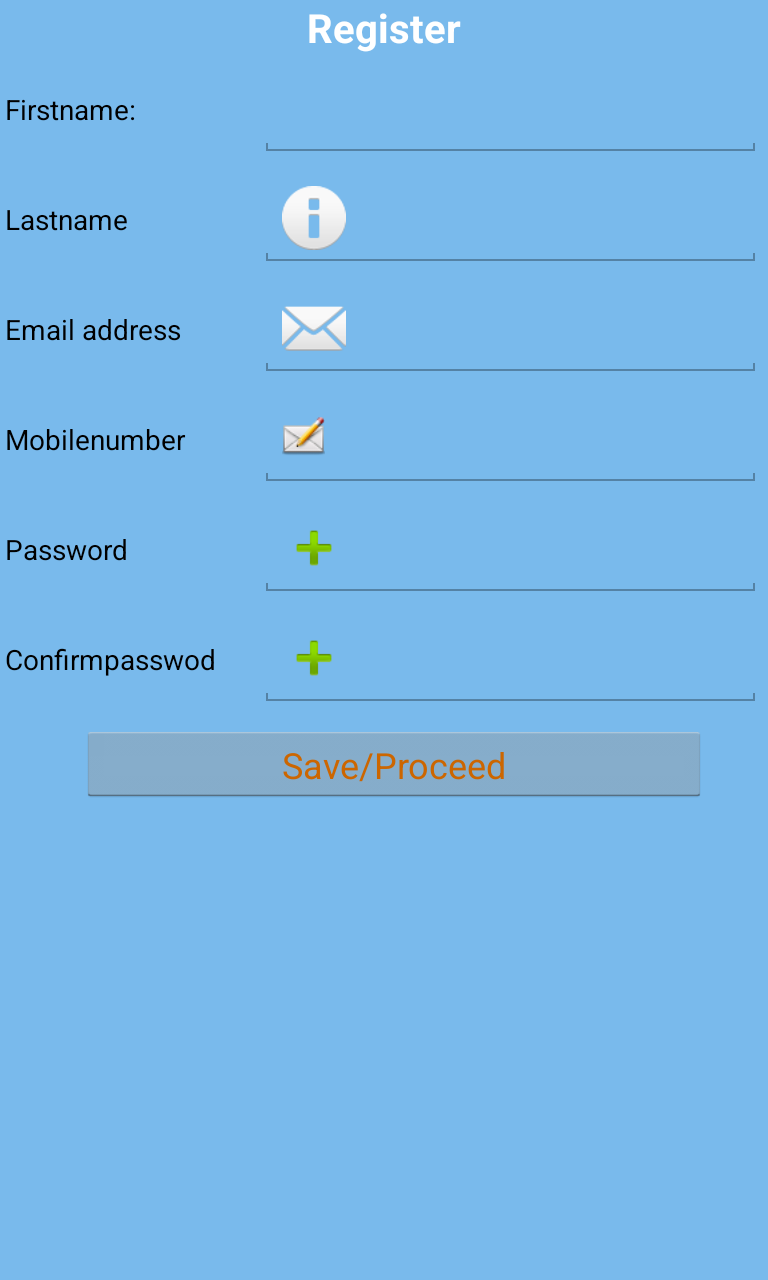
Repository: njiiriJohnii/Android-projects
Layout: Expensetracker/res/layout/register.xml
The author's editor kept a copy of each file at every save. The layout is drawn from the files as they stood at one save, then again after the next save.
It is drawn on a 768 x 1280 px phone screen (xhdpi) without system bars, with theme AppTheme; the app's code is not run.

Above is the layout before, as saved 2014-06-23 16:39:13.

### Expensetracker/res/layout/register.xml
<?xml version="1.0" encoding="utf-8"?>
<LinearLayout xmlns:android="http://schemas.android.com/apk/res/android"
	android:layout_width="fill_parent"
	android:orientation="vertical"
	android:layout_height="fill_parent"
	android:background="#79BAEC"
	android:gravity="center_vertical">
	 <com.bima.ActionBar
        android:id="@+id/actionbar"

        />
			<TextView
			android:layout_width="fill_parent"
			android:layout_height="wrap_content"
			android:text="Register"
			android:textSize="20dp"
			android:textColor="#ffffff"
			android:gravity="center_horizontal"
			android:background="#79BAEC"
			android:textStyle="bold"

		/>
<ScrollView android:id="@+id/ScrollView02"
 android:layout_height="fill_parent"
 android:layout_width="fill_parent"
 android:scrollbars="vertical">
	<LinearLayout
	android:layout_width="fill_parent"
	android:orientation="vertical"
	android:layout_height="fill_parent"
	>

	<TableRow android:id="@+id/row1"
	android:layout_width="fill_parent"
		android:layout_height="50dip"
		android:layout_margin="5px">
		<TextView
		    android:layout_width="fill_parent"
			android:layout_height="fill_parent"
			android:layout_weight="2"
			android:gravity="center_vertical"
			android:text="Firstname:"
			android:textColor="#000000" />

		<EditText
		android:id="@+id/txtidnos"
		android:layout_width="fill_parent"
		android:layout_height="fill_parent"
		android:gravity="center_vertical"
		android:layout_weight="1"
		android:inputType="text"
		android:textColor="#000000"
		/>
	</TableRow>

	<TableRow
	android:id="@+id/row2"
	android:layout_width="fill_parent"
	android:layout_height="50dip"
	android:layout_margin="5px">
		<TextView
		android:layout_width="fill_parent"
			android:layout_height="fill_parent"
			android:gravity="center_vertical"
			android:text="Lastname"
			android:layout_weight="2"
			android:textColor="#000000" />

		<EditText
		          android:id="@+id/txtfarmno"
		          android:layout_width="fill_parent"
			      android:layout_height="fill_parent"
			      android:gravity="center_vertical"
			      android:layout_weight="1"
				  android:inputType="text"
			      android:drawableLeft="@android:drawable/ic_dialog_info"
			/>
	</TableRow>



	<TableRow
	android:id="@+id/row3"
	android:layout_width="fill_parent"
	android:layout_height="50dip"
	android:layout_margin="5px">
		<TextView
		    android:layout_width="fill_parent"
			android:layout_height="fill_parent"
			android:gravity="center_vertical"
			android:text="Email address"
			android:layout_weight="2"
			android:textColor="#000000" />

		<EditText android:id="@+id/edtemail"
		android:layout_width="fill_parent"
			android:layout_height="fill_parent"
			android:gravity="center_vertical"
			android:layout_weight="1"
			android:drawableLeft="@android:drawable/ic_dialog_email"
			/>
	</TableRow>

	<TableRow
	android:id="@+id/row3"
	android:layout_width="fill_parent"
	android:layout_height="50dip"
	android:layout_margin="5px">
		<TextView
		android:layout_width="fill_parent"
			android:layout_height="fill_parent"
			android:gravity="center_vertical"
			android:text="Mobilenumber"
			android:layout_weight="2"
			android:inputType="number"
			android:textColor="#000000" />

		<EditText android:id="@+id/txtcrops"
		android:layout_width="fill_parent"
			android:layout_height="fill_parent"
			android:gravity="center_vertical"
			android:layout_weight="1"
			android:drawableLeft="@drawable/sighnup"
			/>
	</TableRow>

	<TableRow
	android:id="@+id/row3"
	android:layout_width="fill_parent"
	android:layout_height="50dip"
	android:layout_margin="5px">
		<TextView
		    android:layout_width="fill_parent"
			android:layout_height="fill_parent"
			android:gravity="center_vertical"
			android:text="Password"
			android:layout_weight="2"
			android:textColor="#000000" />

		<EditText android:id="@+id/txtfarmcounty"
		android:layout_width="fill_parent"
			android:layout_height="fill_parent"
			android:gravity="center_vertical"
			android:layout_weight="1"
			 android:inputType="textPassword"
			android:drawableLeft="@android:drawable/ic_input_add"
			/>
	</TableRow>

<TableRow
	android:id="@+id/row3"
	android:layout_width="fill_parent"
	android:layout_height="50dip"
	android:layout_margin="5px">
		<TextView
		android:layout_width="fill_parent"
			android:layout_height="fill_parent"
			android:gravity="center_vertical"
			android:text="Confirmpasswod"
			android:layout_weight="2"
			android:textColor="#000000" />

		<EditText android:id="@+id/txtfarmlocation"
		android:layout_width="fill_parent"
			android:layout_height="fill_parent"
			android:gravity="center_vertical"
			android:layout_weight="1"
			android:drawableLeft="@android:drawable/ic_input_add"
			/>
	</TableRow>
	<TableRow
	android:layout_width="fill_parent"
		android:layout_height="40dip"
		android:gravity="center"
		android:layout_marginTop="10px">

		<Button
	        android:text="Save/Proceed"
            android:layout_width="fill_parent"
			android:layout_height="fill_parent"
			android:layout_marginLeft="40dp"
			android:layout_marginRight="30dp"
			android:gravity="center"
			android:onClick = "Save"
			android:textColor="#cc6600"
			>

		</Button>

	</TableRow>

		<TableRow
	android:layout_width="fill_parent"
		android:layout_height="90dip"
		android:gravity="center"
		android:layout_marginTop="10px">


	</TableRow>
</LinearLayout>
</ScrollView>
</LinearLayout>

Loaded but not shown: Expensetracker/res/values/styles.xml (common file); Expensetracker/res/values-v11/styles.xml (common file); Expensetracker/res/values-v14/styles.xml (common file)

After the next save:
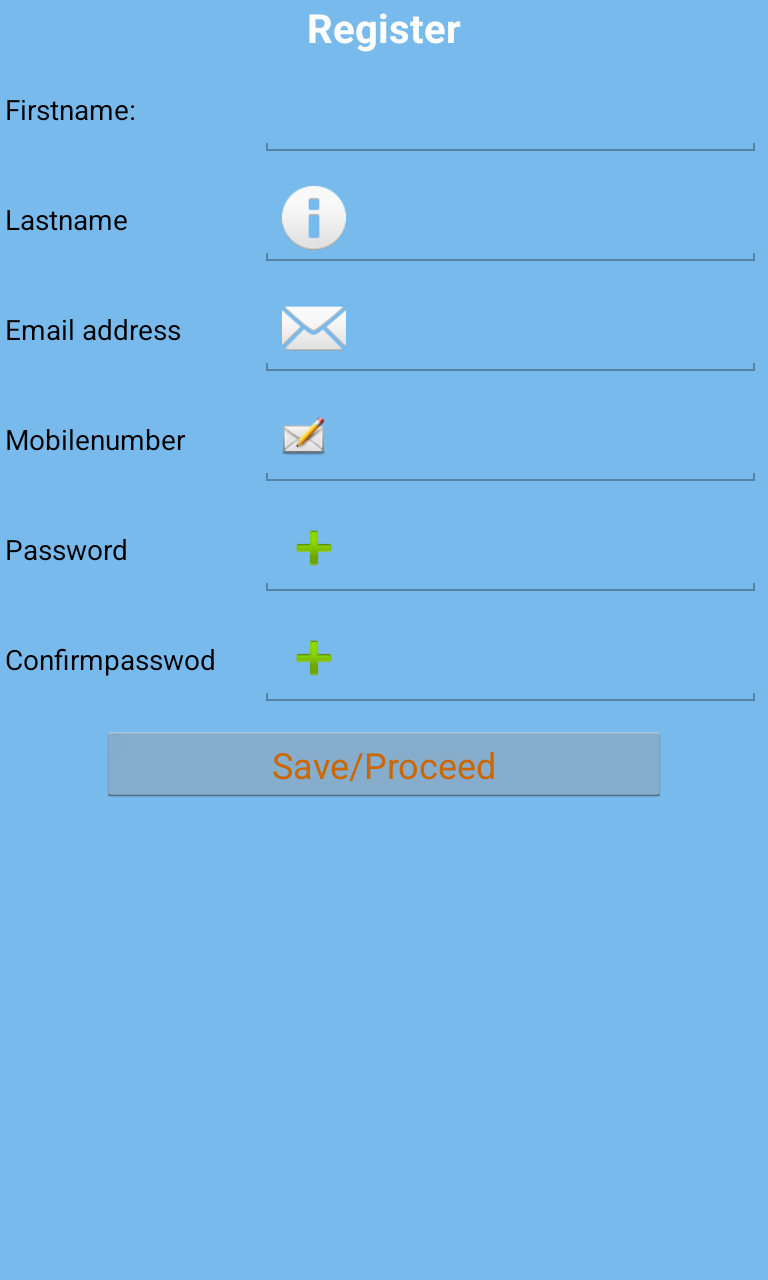
Saved 19 s later.
--- a/Expensetracker/res/layout/register.xml
+++ b/Expensetracker/res/layout/register.xml
@@ -178,8 +178,8 @@
 	        android:text="Save/Proceed"
             android:layout_width="fill_parent"
 			android:layout_height="fill_parent"
-			android:layout_marginLeft="40dp"
-			android:layout_marginRight="30dp"
+			android:layout_marginLeft="50dp"
+			android:layout_marginRight="50dp"
 			android:gravity="center"
 			android:onClick = "Save"
 			android:textColor="#cc6600"
